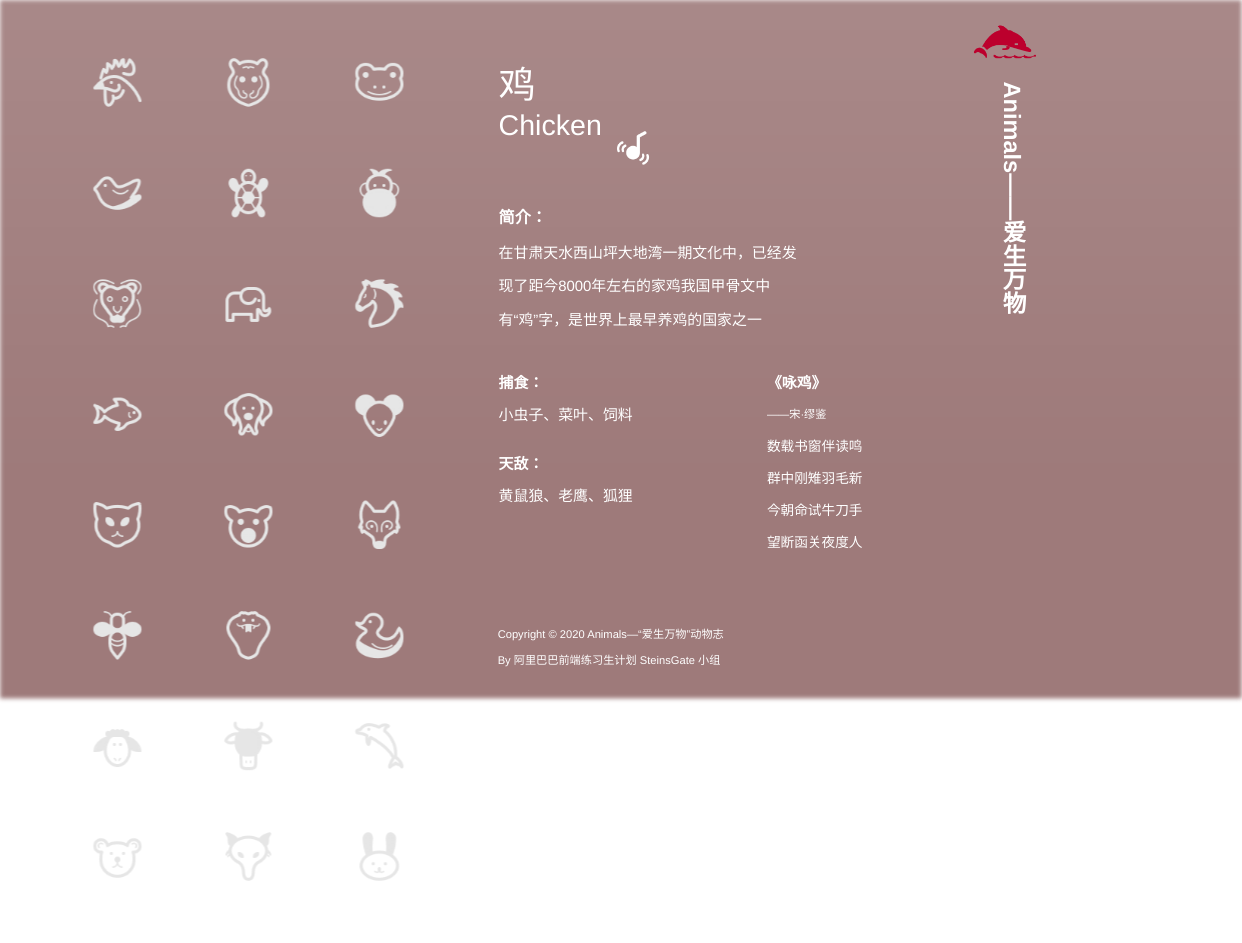
Repository: Whiskeyi/Animals
Page: /
An editor plug-in stored every save of this project. The page is shown before and after the next save, followed by the edit.
The browser window is 1280 px wide. The pictures show the whole page, at 97% of full size.
The project was rebuilt for these pictures with package versions that can differ from the ones it lists, and the page was loaded fresh each time.

Above is the page before, as saved 2021-11-18 01:33:44.

After the next save:
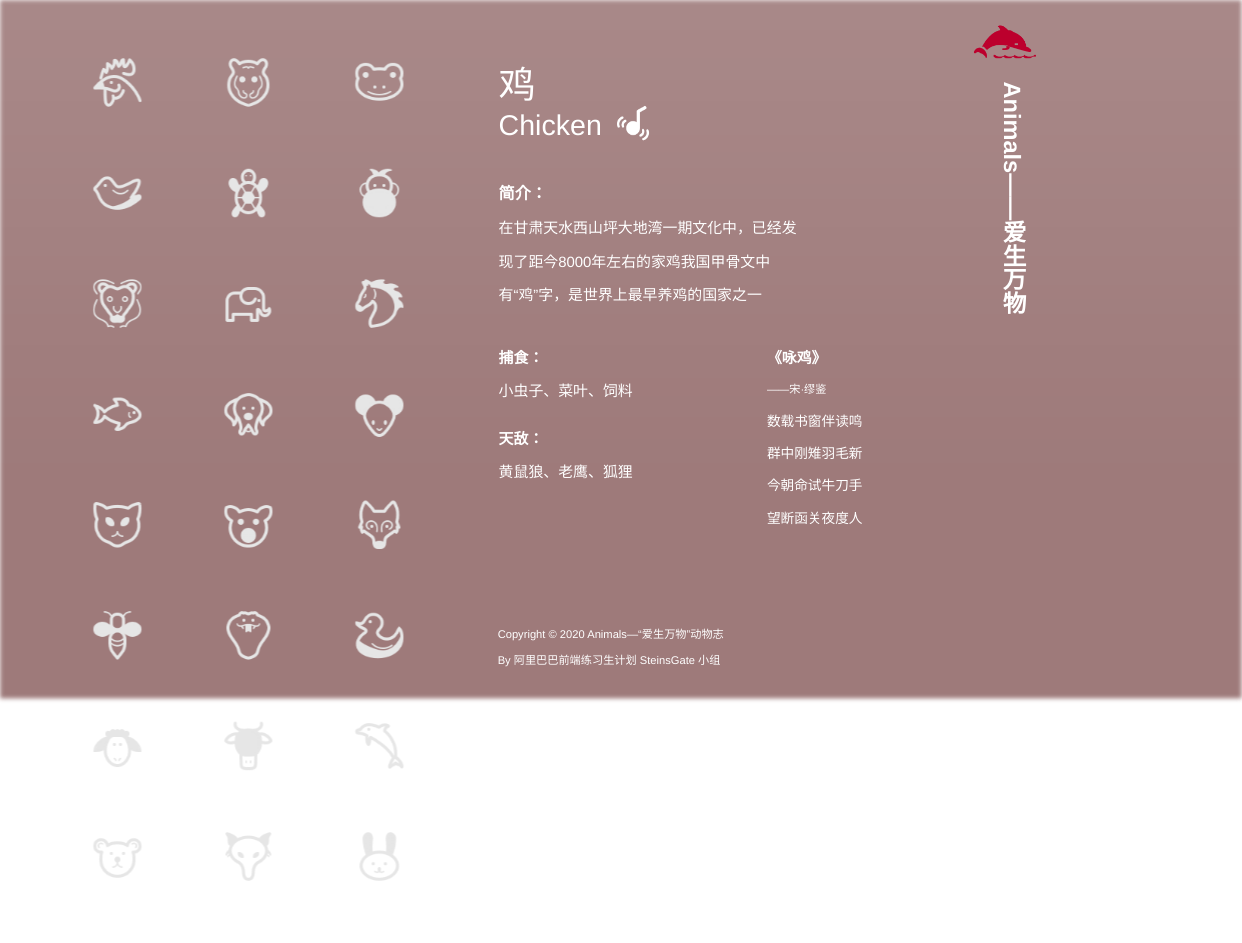
Saved 11 s later.
--- a/src/components/Info/Introduce/index.vue
+++ b/src/components/Info/Introduce/index.vue
@@ -65,7 +65,7 @@ export default {
     display: block;
 }
 .logo {
-    padding-top: 6vw;
+    padding-top: 4vw;
     height: 3.1vw;
     width: 3.1vw;
 }
